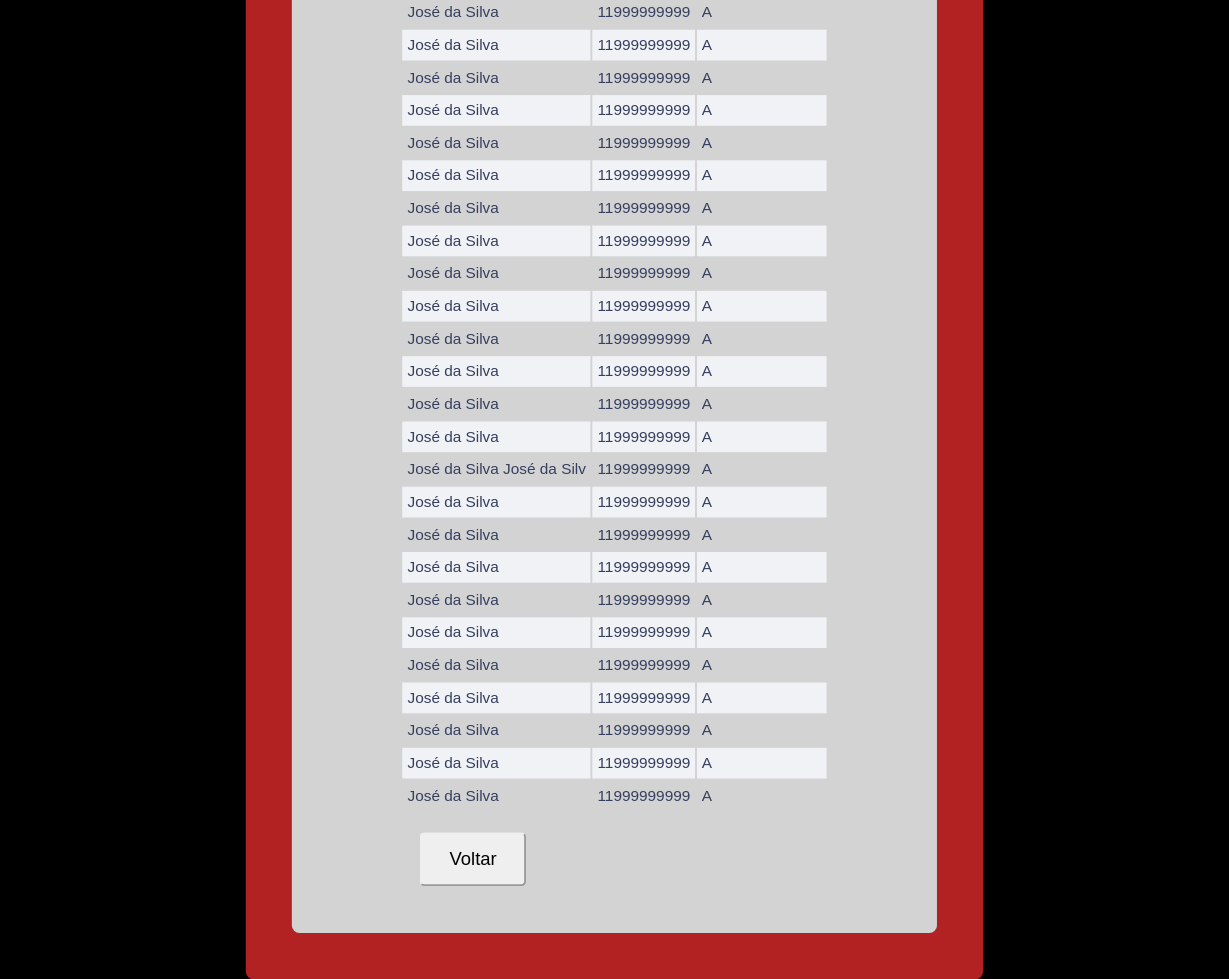
Repository: samantaProspero/projeto_integrador
Page: Versão Atual/PI_Vanila/clientes.html
These files come from the project's save history. The page is drawn as it stood at one moment and after the next save; the edit follows.
The browser window is 1280 px wide. The pictures show the whole page, at 96% of full size.

Above is the page before, as saved 2021-11-06 15:15:03.

After the next save:
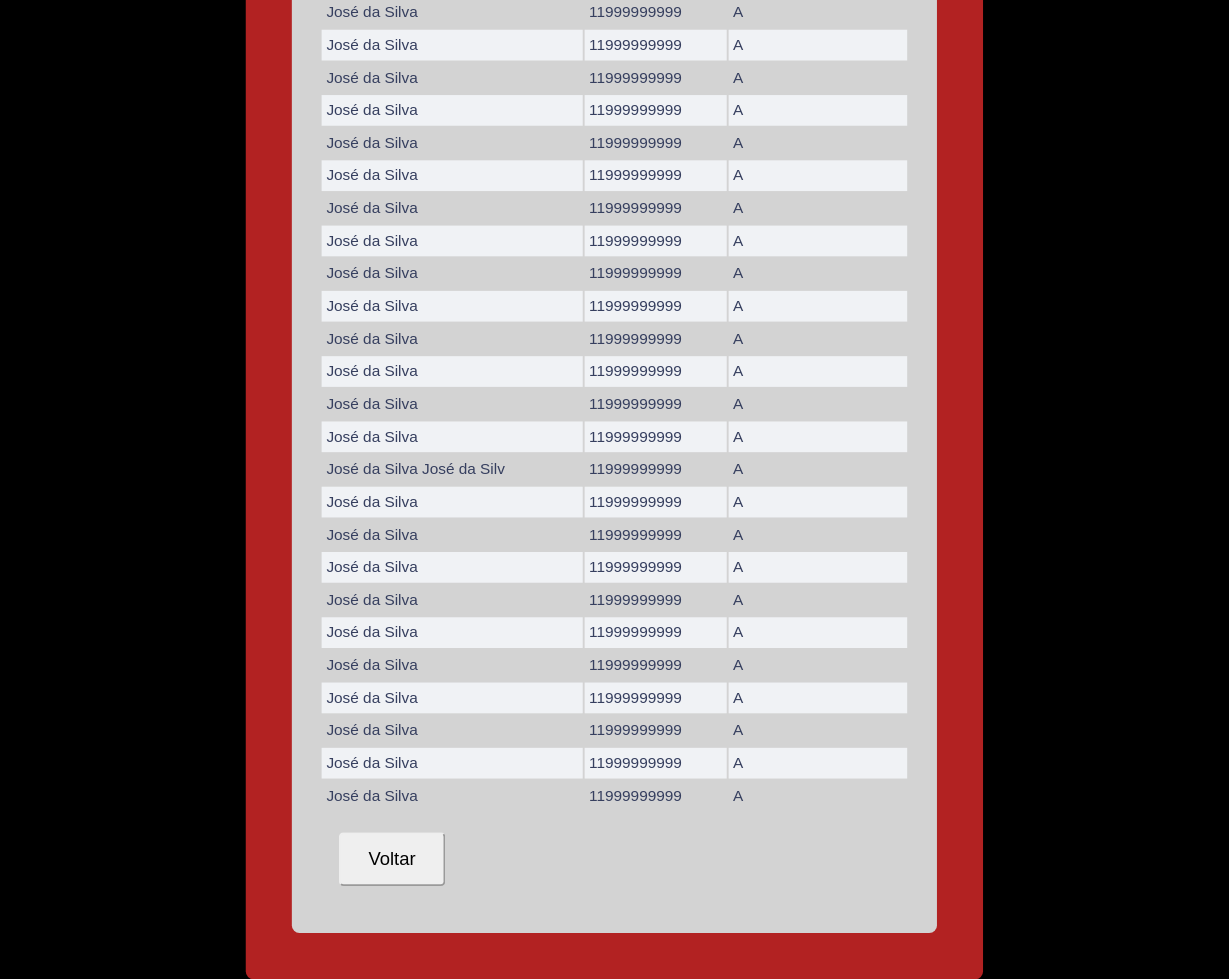
Saved 16 s later.
--- a/Versão Atual/PI_Vanila/_css/clientes.css
+++ b/Versão Atual/PI_Vanila/_css/clientes.css
@@ -34,6 +34,7 @@
   align-items: center;
   padding: 1.5rem;
   border-radius: 8px;
+  display: block;
 
   padding-top: 0.7rem;
 }
@@ -45,7 +46,6 @@
   flex-direction: column;
   align-items: center;
   justify-content: space-between; */
-  display: block;
   padding: 5px;
 
 }

After the save that followed:
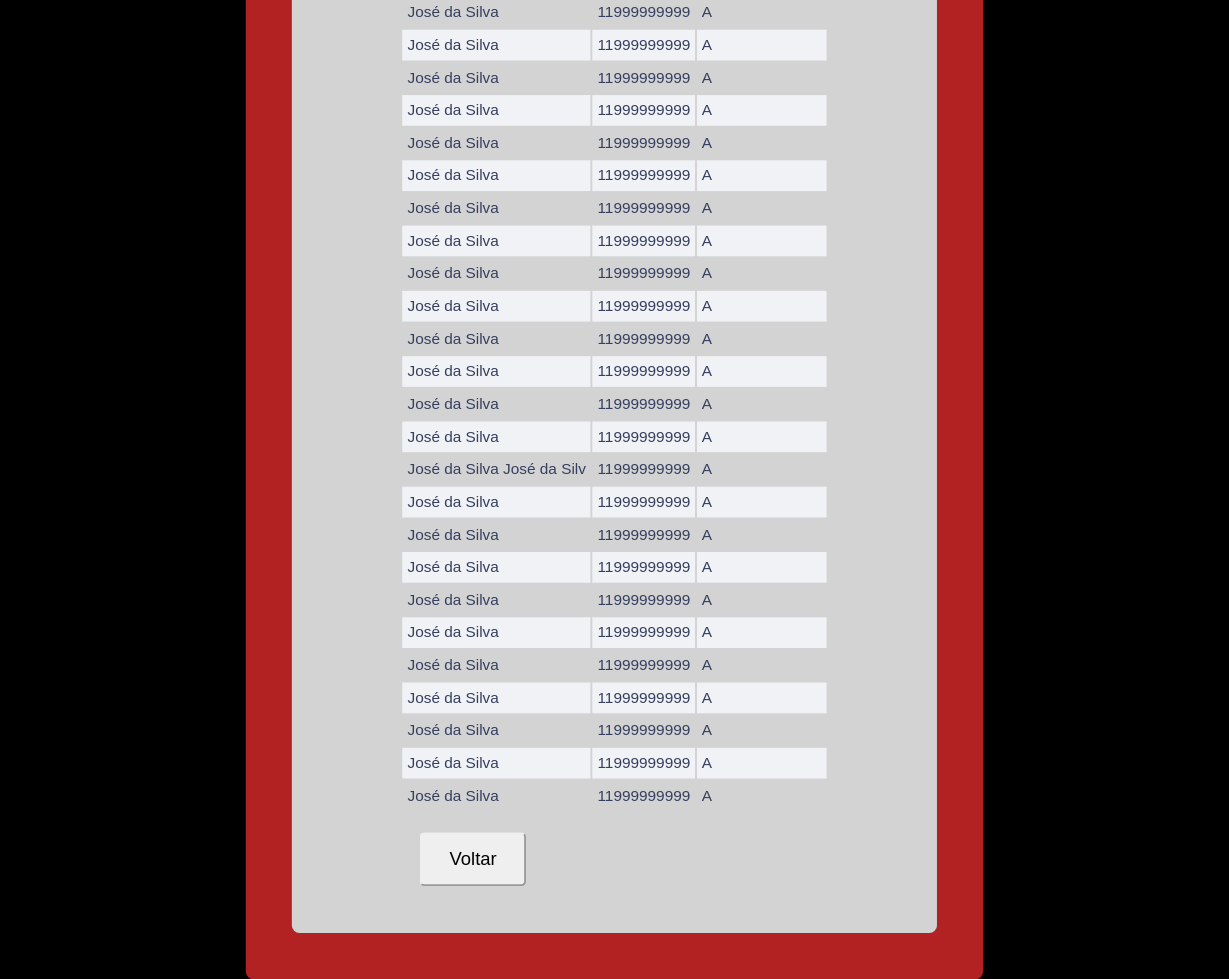
Saved 11 s later.
--- a/Versão Atual/PI_Vanila/_css/clientes.css
+++ b/Versão Atual/PI_Vanila/_css/clientes.css
@@ -34,7 +34,7 @@
   align-items: center;
   padding: 1.5rem;
   border-radius: 8px;
-  display: block;
+  /* display: block; */
 
   padding-top: 0.7rem;
 }
